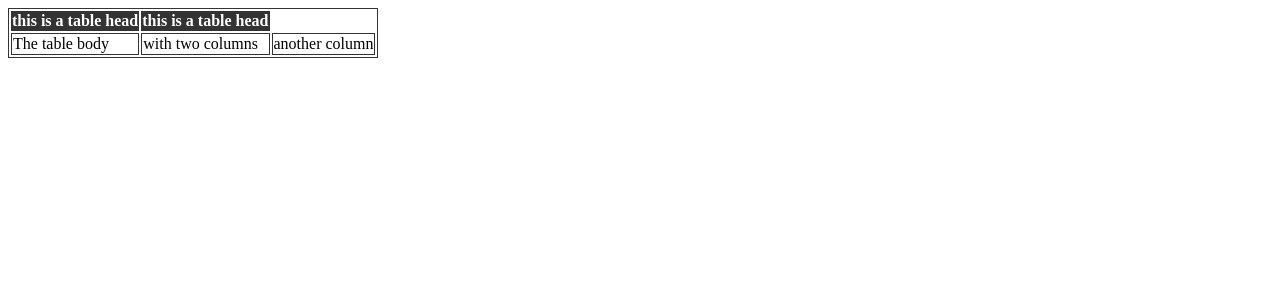
Repository: ishanbassi/trademark-gazette-searcher
Page: /
An editor plug-in stored every save of this project. The page is shown before and after the next save, followed by the edit.
The browser window is 1280 px wide. The pictures show the whole page.
The project was rebuilt for these pictures with package versions that can differ from the ones it lists, and the page was loaded fresh each time. The framework's server and built-in components were replaced by stand-ins that run in the browser. Also part of the build but not shown: next.config.js.

Above is the page before, as saved 2022-04-04 15:54:28.

### pages/_app.tsx
import '../styles/global.css'

export default function App({Component, pageProps}) {
    return (
        <Component {...pageProps} ></Component>
    )
}

### pages/index.tsx
import { GetServerSideProps } from "next"

export default function App() {
    return(
        <table>
            <thead>
                <tr>
                    <th>this is a table head</th>
                    <th>this is a table head</th>
                </tr>
            </thead>
            <tbody>
                <tr>
                    <td>The table body</td>
                    <td>with two columns</td>
                    <td>another column</td>
                </tr>
            </tbody>
        </table>
    )
}

export const  getServerSideProps:GetServerSideProps = async () => {
    return {
        props:{

        }
    }
}

Loaded but not shown: styles/global.css (common file)

After the next save:
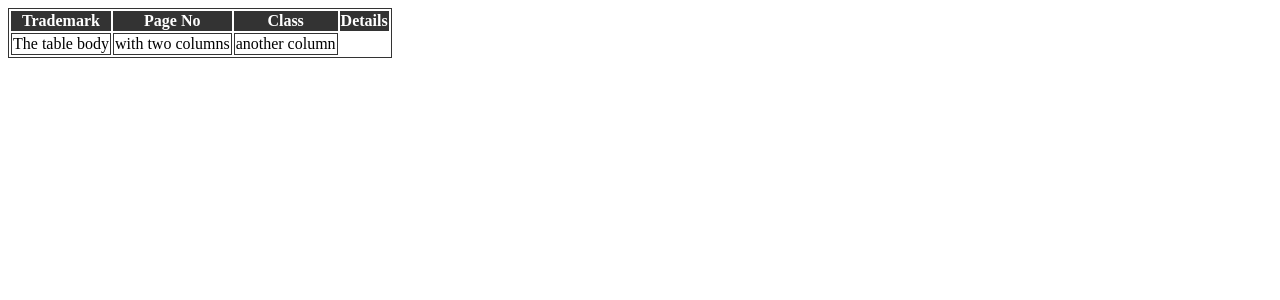
Saved 2 min 3 s later.
--- a/pages/index.tsx
+++ b/pages/index.tsx
@@ -5,8 +5,10 @@ export default function App() {
         <table>
             <thead>
                 <tr>
-                    <th>this is a table head</th>
-                    <th>this is a table head</th>
+                    <th>Trademark</th>
+                    <th>Page No</th>
+                    <th>Class</th>
+                    <th>Details</th>
                 </tr>
             </thead>
             <tbody>
